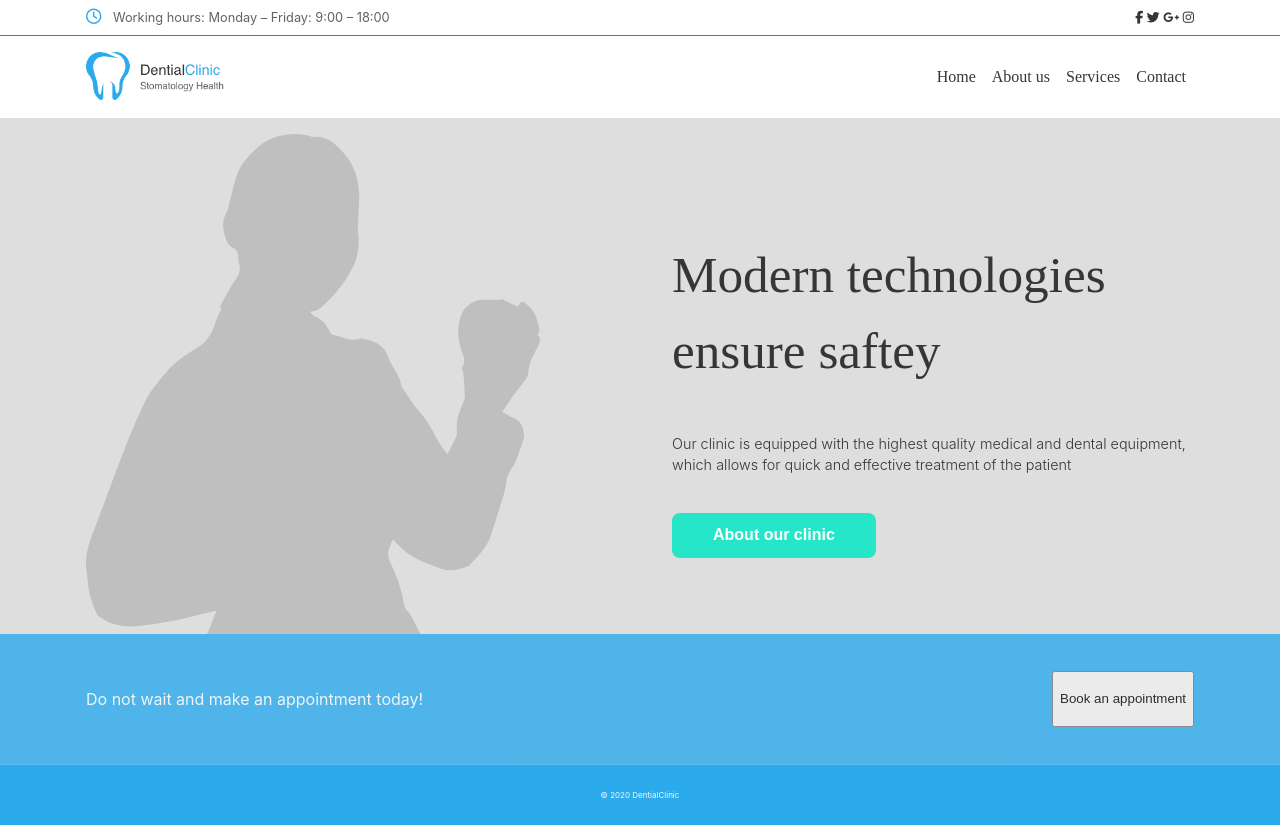
Repository: skepp4rn/uppgift1
Page: index.html
The author's editor kept a copy of each file at every save. The page is drawn from the files as they stood at one save, then again after the next save.
The browser window is 1280 px wide. The pictures show the whole page.
Some web libraries are served in a nearby version.

Above is the page before, as saved 2020-12-03 14:58:31.

### index.html
<!DOCTYPE html>
<html lang="en">
<head>
    <meta charset="UTF-8">
    <meta name="viewport" content="width=device-width, initial-scale=1.0">
    <title>Document</title>

    <script src="https://kit.fontawesome.com/0abbda2fd3.js" crossorigin="anonymous"></script>
    <link rel="stylesheet" href="style.css">
</head>
<body>

    <nav class="navbar-top collapse">
        <div class="container">
            <div class="hours">
                <i class="far fa-clock"></i>
                Working hours: Monday – Friday: 9:00 – 18:00
            </div>
            <div class="#">
                <a href="#"><i class="fab fa-facebook-f"></i></a>
                <a href="#"><i class="fab fa-twitter"></i></a>
                <a href="#"><i class="fab fa-google-plus-g"></i></a>
                <a href="#"><i class="fab fa-instagram"></i></a>
            </div>
        </div>
    </nav>

    <nav class="navbar ">
        <div class="container">
            <a class="navbar-brand" href="#" >
                <img src="images/Logo.png" alt="">
            </a>
            <button class="navbar-toggler">
                <i class="fas fa-bars"></i>
            </button>
            <div class="collapse navbar-collapse">
                <div class="navbar-nav">
                    <a class="nav-link" href="#">Home</a>
                    <a class="nav-link" href="#">About us</a>
                    <a class="nav-link" href="#">Services</a>
                    <a class="nav-link" href="#">Contact</a>
                </div>
            </div>
        </div>
    </nav>

    <section id="showcase" class="bg-gray">
        <div class="container">
            <img src="images/placehold-girl.svg" alt="">
            <div class="content-box">
                <div class="content">
                    <h1>Modern technologies ensure saftey</h1>
                    <p>Our clinic is equipped with the highest quality medical and dental equipment, which allows for quick and effective treatment of the patient</p>
                    <button class="btn btn-green">About our clinic</button>
                </div>
            </div>
        </div>
    </section>












   <div class="grid">
        <section id="appointment" class="bg-gray">
            <div class="bg-blue overlay">
                <div class="container">
                    <div class="center-content">
                        <p>Do not wait and make an appointment today!</p>
                        <button>Book an appointment</button>
                    </div>
                </div>
            </div>
        </section>
        <footer class="d-flex justify-content-center bg-blue">
            <p>© 2020 DentialClinic</p>
        </footer>
    </div>

</body>
</html>

### style.css
* {
    box-sizing: border-box;
}

html, body {
    font-weight: 400;
    font-family: -apple-system, BlinkMacSystemFont, 'Segoe UI', Roboto, Oxygen, Ubuntu, Cantarell, 'Open Sans', 'Helvetica Neue', sans-serif;
    line-height: 1.5;
    font-size: 16px;
    margin: 0;
    padding: 0;
    color: #626262;
}

.container {
    width: 100%;
    padding: 0 1rem;
    margin: 0 auto;
}

.border {
    border: 1px solid black;
}

a {
    color: #363636;
    text-decoration: none;
    background-color: transparent;
}

a:hover {
    color: #25E6C8;
}

.bg-dark {
   background: #333333;
   color: #ffffff;
}

.bg-light {
    background: #f7f7f7;
    color: #333333;
}

.bg-gray {
    background-color: #DEDEDE;

}



.btn {
    display: inline-block;
    font-weight: 400;
    text-align: center;
    vertical-align: middle;
    padding: 0.80rem 2.5rem;
    border-radius: 0.5rem;
    border: 1px solid transparent;
    background-color: transparent;
    font-size: 1rem;

}

.btn-green {
    color: #ffffff;
    background-color: #25E6C8;
    font-weight: bold;
    margin-top: 1.4rem;
    border-radius: 0.5rem;

}

.btn-green:hover {
    cursor: pointer;
    background-color: #2BAAEC;
}



.collapse:not(.show) {
    display: none;
}

.container {
    width: 100%;
    padding: 0 1rem;
    margin: 0 auto;
}

.navbar-top {
    border-bottom: 1px solid #707070;
}

.navbar, .navbar-top {
    display: flex;
    justify-content: space-between;
    padding: 0.5rem 1rem;
}

.navbar .container, .navbar-top .container {
    display: flex;
    justify-content: space-between;
    align-items: center;
}

.navbar-top .container {
    font-size: 0.8rem;
}

.navbar-top .container .hours {
    color:#626262;
}

.navbar-top .container .hours i {
    color: #2BAAEC;
    margin-right: 0.5rem;
    font-size: 1.2em;
}

.navbar-top .container .socialmedia a {
    margin: 0 0.5rem;

}

.navbar-brand {
    display: inline-block;
    font-size: 1.5rem;
    color: black;
    margin-right: 1rem;
}

.navbar-brand img {
    height: 3rem;
    margin-top: 0.5rem;
}


.navbar-toggler {
    font-size: 2.5rem;
    color:#2BAAEC;
    background-color: transparent;
    border: 1px solid transparent;
}

.navbar-collapse {
    align-items: center;
}

.navbar-nav {
    display: flex;
    flex-direction: column;
    font-family: 'Roboto Slab', serif;

}

.nav-link {
    padding: 0;
    text-decoration: none;
}



#showcase .container {
    display: grid;
    grid-template-columns: 1fr 1fr;
    column-gap: 4rem;

    align-items: center;
}

#showcase .container img {
    height: 500px;
    margin-top: 1rem;


}

#showcase .container .content-box {
    align-self: center;
    color: #363636;
    font-weight: 300;
}

.content-box .content h1 {
    font-size: 3.2rem;
    font-family: 'Roboto Slab', serif;
    font-weight: 300;

}

.content-box .content p {
    font-size: 0.9rem;
}




.d-flex {
    display: flex;
}

.justify-content-center {
    justify-content: center;
}

#appointment {
    color: #f3fbff;
}


.overlay {
    opacity: 80%;
    background-color: #2BAAEC;
}

.center-content {
    display: block;
    text-align: center;
    padding: 2.5rem 0;
}


footer {
    border-top: 1px solid rgb(255, 255, 255, 0.2);
    background-color: #2BAAEC;
    color: #f3fbff;
    text-align: center;
    padding: 1rem 0rem;
    font-size: 0.5rem;
}






@media (min-width: 768px) {
    .container {
        max-width: 720px;
    }

    .center-content {
        display: flex;
        justify-content: space-between;
        padding: 2.3rem 0;
    }
}

@media (min-width: 1920px) {
    .container {
        max-width: 1880;
    }
}




@media (min-width: 768px) {
    .nav-link {
        padding-right: 0.5rem;
        padding-left: 0.5rem;
    }

    .navbar-nav {
        flex-direction: row;
    }

    .navbar-toggler {
        display: none;
    }

    .collapse:not(.show) {
        display: flex;
    }

    .container {
        max-width: 720px;
    }

}

@media (min-width: 992px) {
    .container {
        max-width: 960px;
    }
}

@media (min-width: 1200px) {
    .container {
        max-width: 1140px;
    }
}

After the next save:
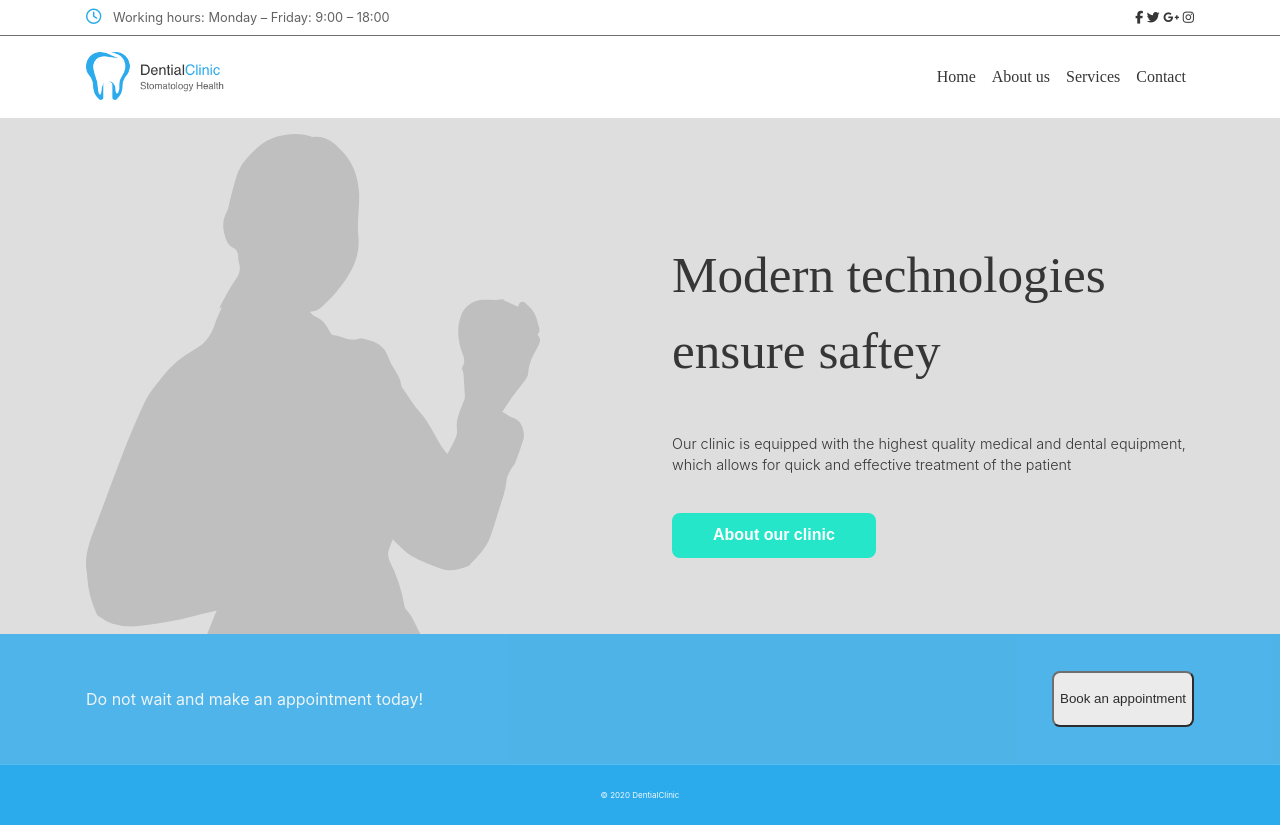
Saved 28 s later.
--- a/style.css
+++ b/style.css
@@ -220,6 +220,10 @@ a:hover {
     padding: 2.5rem 0;
 }
 
+.center-content button {
+    border-radius: 0.5rem;
+}
+
 
 footer {
     border-top: 1px solid rgb(255, 255, 255, 0.2);
